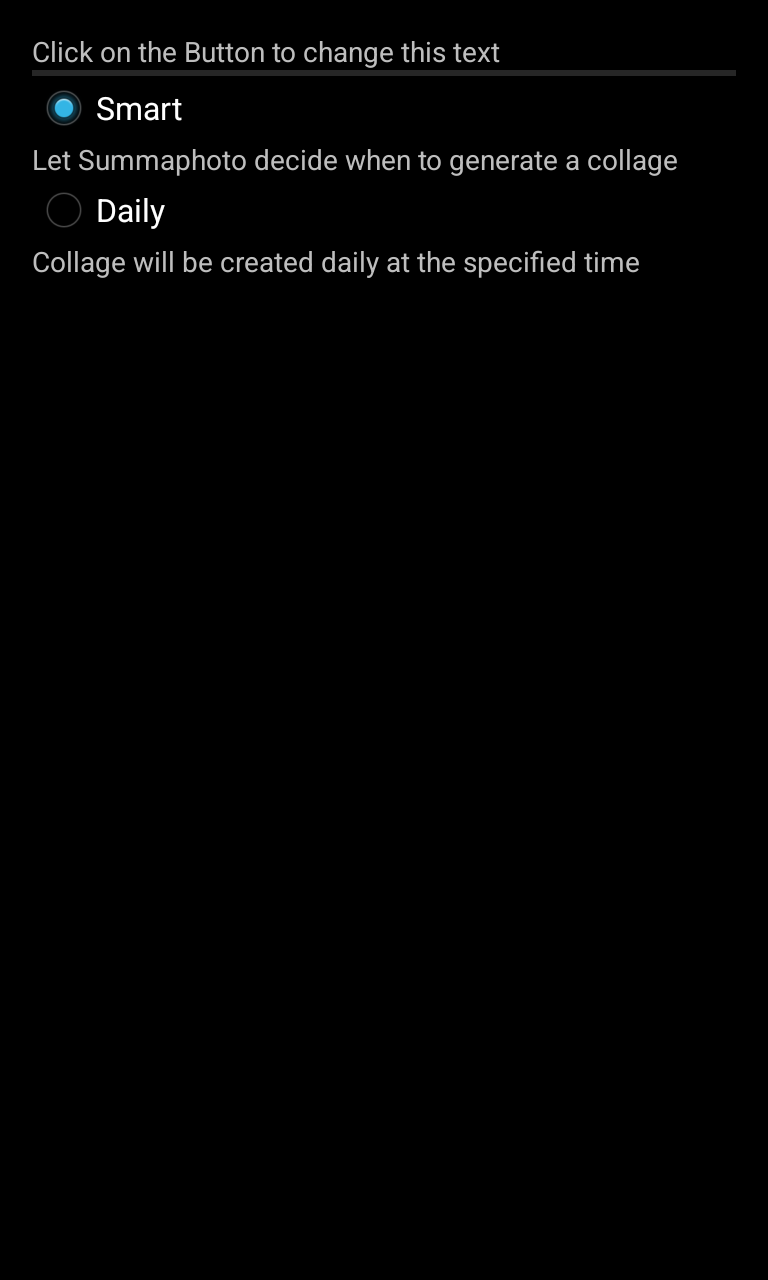
Repository: ulugbekjs/SummaPhoto
Layout: Workshop/res/layout/activity_settings.xml
The author's editor kept a copy of each file at every save. The layout is drawn from the files as they stood at one save, then again after a run of saves.
It is drawn on a 768 x 1280 px phone screen (xhdpi) without system bars, with theme SummaPhotoTheme; the app's code is not run.

Above is the layout before, as saved 2013-08-12 13:06:19.

### Workshop/res/layout/activity_settings.xml
<RelativeLayout xmlns:android="http://schemas.android.com/apk/res/android"
    xmlns:tools="http://schemas.android.com/tools"
    android:layout_width="match_parent"
    android:layout_height="match_parent"
    android:paddingBottom="@dimen/activity_vertical_margin"
    android:paddingLeft="@dimen/activity_horizontal_margin"
    android:paddingRight="@dimen/activity_horizontal_margin"
    android:paddingTop="@dimen/activity_vertical_margin"
    tools:context=".SettingsActivity" >

    <LinearLayout
        android:layout_width="fill_parent"
        android:layout_height="fill_parent"
        android:orientation="vertical" >

        <TextView
            android:id="@+id/tv"
            android:layout_width="fill_parent"
            android:layout_height="wrap_content"
            android:text="Click on the Button to change this text" />

        <ImageView
            android:layout_width="fill_parent"
            android:layout_height="3dp"
            android:scaleType="fitXY"
            android:src="?android:attr/listDivider" />

        <RadioGroup
            android:id="@+id/radioMode"
            android:layout_width="wrap_content"
            android:layout_height="wrap_content" >

            <RadioButton
                android:id="@+id/radioSmart"
                android:layout_width="wrap_content"
                android:layout_height="wrap_content"
                android:checked="true"
                android:text="@string/Smart" />

            <TextView android:text="@string/SmartDescription" />

            <RadioButton
                android:id="@+id/radioDaily"
                android:layout_width="wrap_content"
                android:layout_height="wrap_content"
                android:text="@string/Daily" />

            <TextView android:text="@string/DailyDescription" />
        </RadioGroup>
    </LinearLayout>

</RelativeLayout>

### Workshop/res/values-v11/themes.xml
<?xml version="1.0" encoding="utf-8"?>
<resources>
     <style name="SummaPhotoTheme" parent="@android:style/Theme.Holo">
        <!-- Any customizations for your app running on 3.0+ devices here -->
    </style>
</resources>

### Workshop/res/values-v14/themes.xml
<?xml version="1.0" encoding="utf-8"?>
<resources>
    <style name="SummaPhotoTheme" parent="@android:style/Theme.Holo.NoActionBar.Fullscreen">
        <!-- Any customizations for your app running on 4.0+ devices here -->
    </style>
</resources>

### Workshop/res/values/themes.xml
<?xml version="1.0" encoding="utf-8"?>
<resources>
     <style name="SummaPhotoTheme" parent="@android:style/Theme.Dark.NoTitleBar">
        <!-- Any customizations for your app running on pre-3.0 devices here -->
    </style>
</resources>

### Workshop/res/values/strings.xml
<?xml version="1.0" encoding="utf-8"?>
<resources>

    <string name="app_name">Aworkshop</string>
    <string name="action_settings">Settings</string>
    <string name="hello_world">Hello world!</string>
    <string name="title_activity_settings">SettingsActivity</string>
    <string name="Smart">Smart</string>
    <string name="Daily">Daily</string>
    <string name="SmartDescription">Let Summaphoto decide when to generate a collage</string>
    <string name="DailyDescription">Collage will be created daily at the specified time</string>
    <string name="Mode">Mode</string>
    <string name="ModeHeader">Mode</string>

</resources>

Loaded but not shown: Workshop/res/values/dimens.xml (common file)

After the next 2 saves:
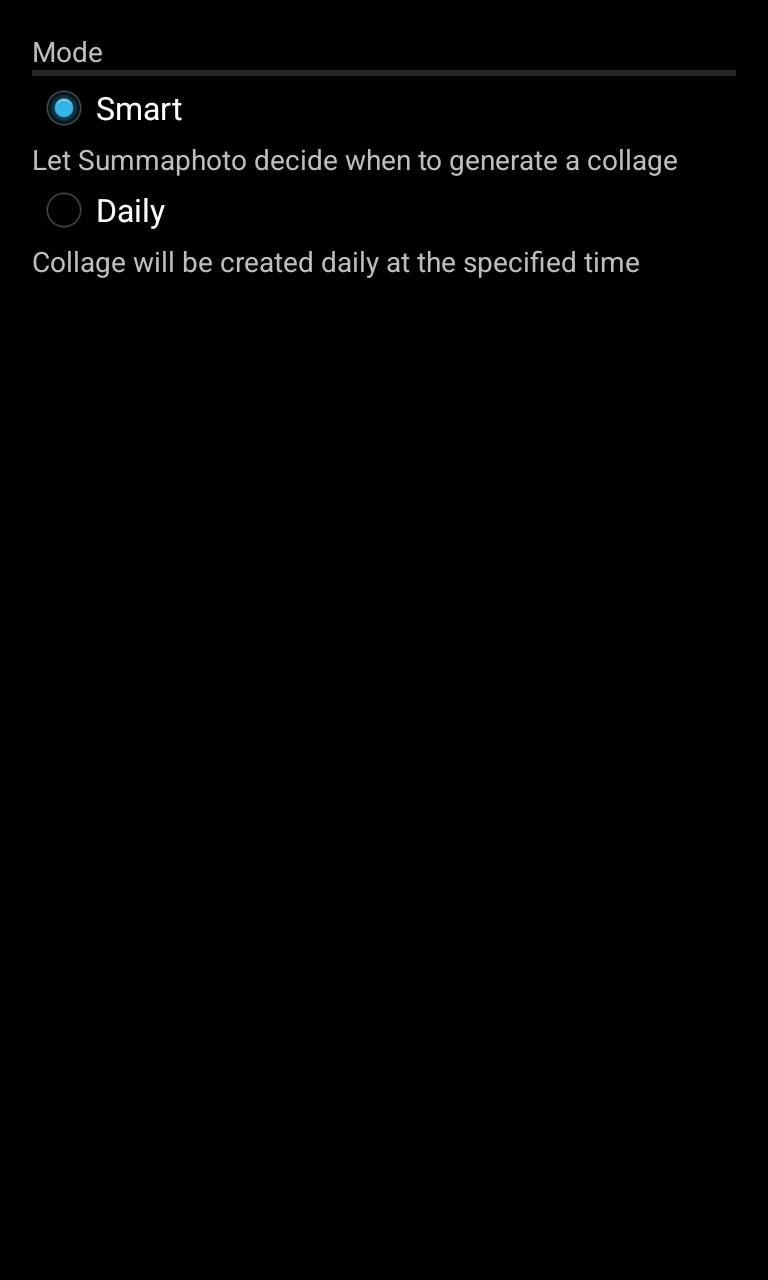
The 2 saves are shown as one change because 1 did not build or start.
The last was saved 40 s later.
--- a/Workshop/res/layout/activity_settings.xml
+++ b/Workshop/res/layout/activity_settings.xml
@@ -17,7 +17,7 @@
             android:id="@+id/tv"
             android:layout_width="fill_parent"
             android:layout_height="wrap_content"
-            android:text="Click on the Button to change this text" />
+            android:text="@string/Mode" />
 
         <ImageView
             android:layout_width="fill_parent"
